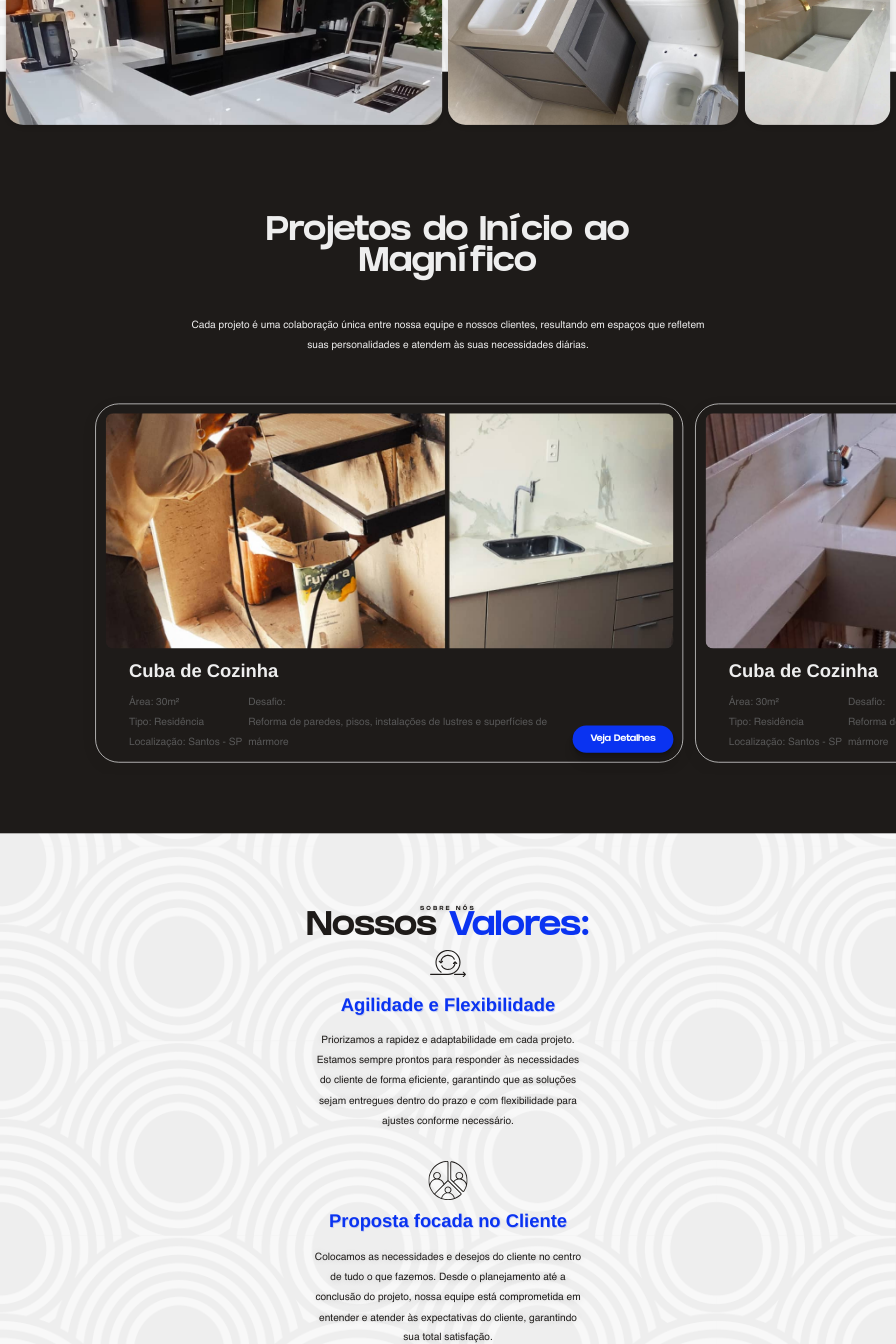
Repository: lucastdcs/ReforMar
Page: /portfolio
An editor plug-in stored every save of this project. The page is shown before and after the next save, followed by the edit.
The browser window is 1280 px wide. The pictures show the part of the page from y = 459 to 2379 px (the page is 6908 px tall), at 70% of full size.
Backgrounds fixed to the window are drawn as part of the page. The project was rebuilt for these pictures with package versions that can differ from the ones it lists, and the page was loaded fresh each time. Also part of the build but not shown: vite.config.js, src/Components/EmailPopUp/EmailPopUp.styled.js, src/Components/EmailPopUp/EmailPopUp.jsx, src/Components/ServicesCard/ServicesCard.styled.js, src/Components/ServicesCard/ServicesCard.jsx, src/Components/Badges/Badges.styled.js, src/Components/Badges/Badges.jsx, src/Components/Carrousel/Carousel.styled.js and 7 more.

Above is the page before, as saved 2024-10-11 14:11:11.

After the next save:
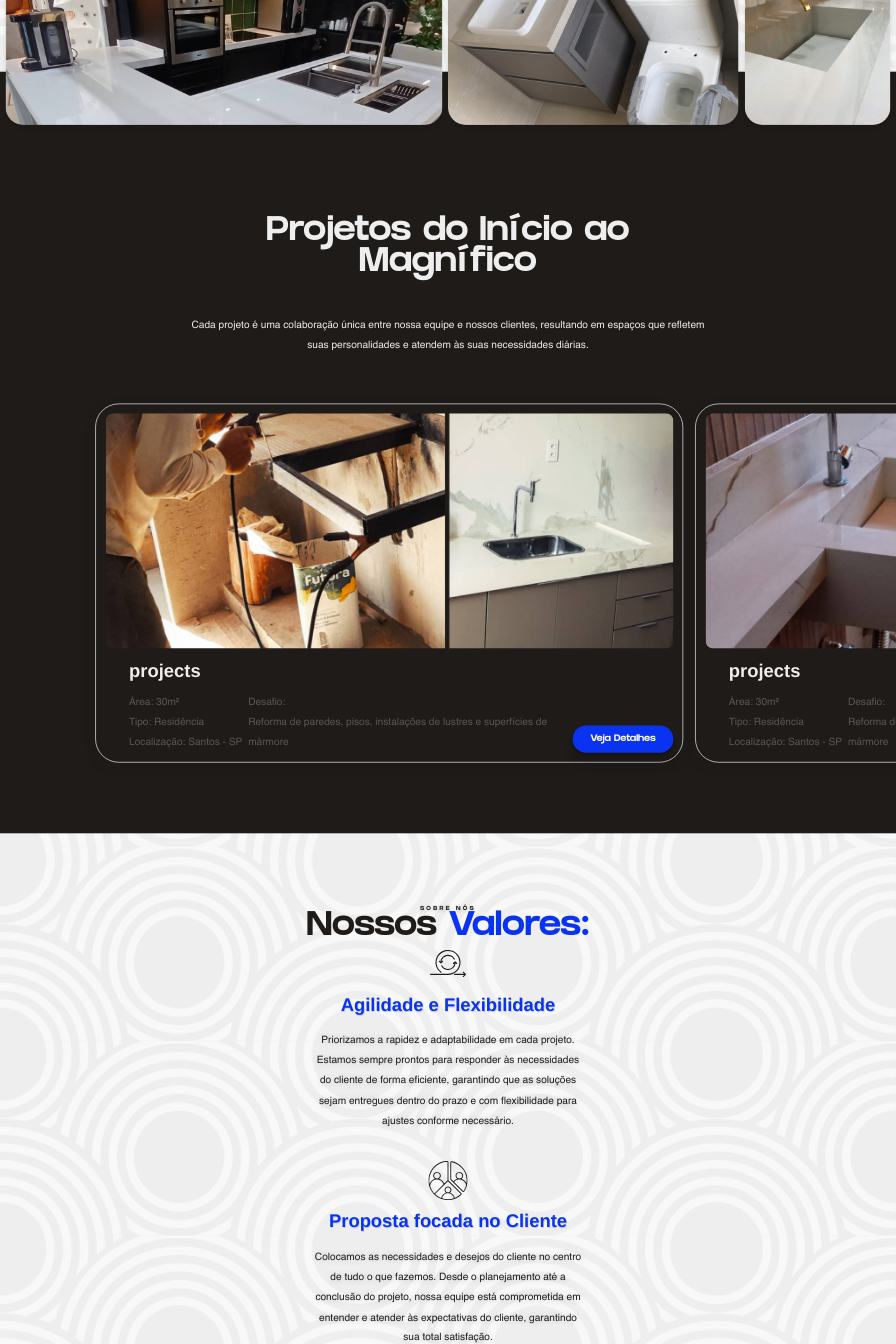
Saved 17 s later.
--- a/src/Pages/Portfolio.jsx
+++ b/src/Pages/Portfolio.jsx
@@ -181,7 +181,7 @@ const Portfolio = () => {
               <Card
                 className="project_card"
                 img={project.mainImgs.thumbnail}
-                title="Cuba de Cozinha"
+                title="projects"
                 feedbackStars="4"
                 rating={4}
                 duration="1 Semana"
